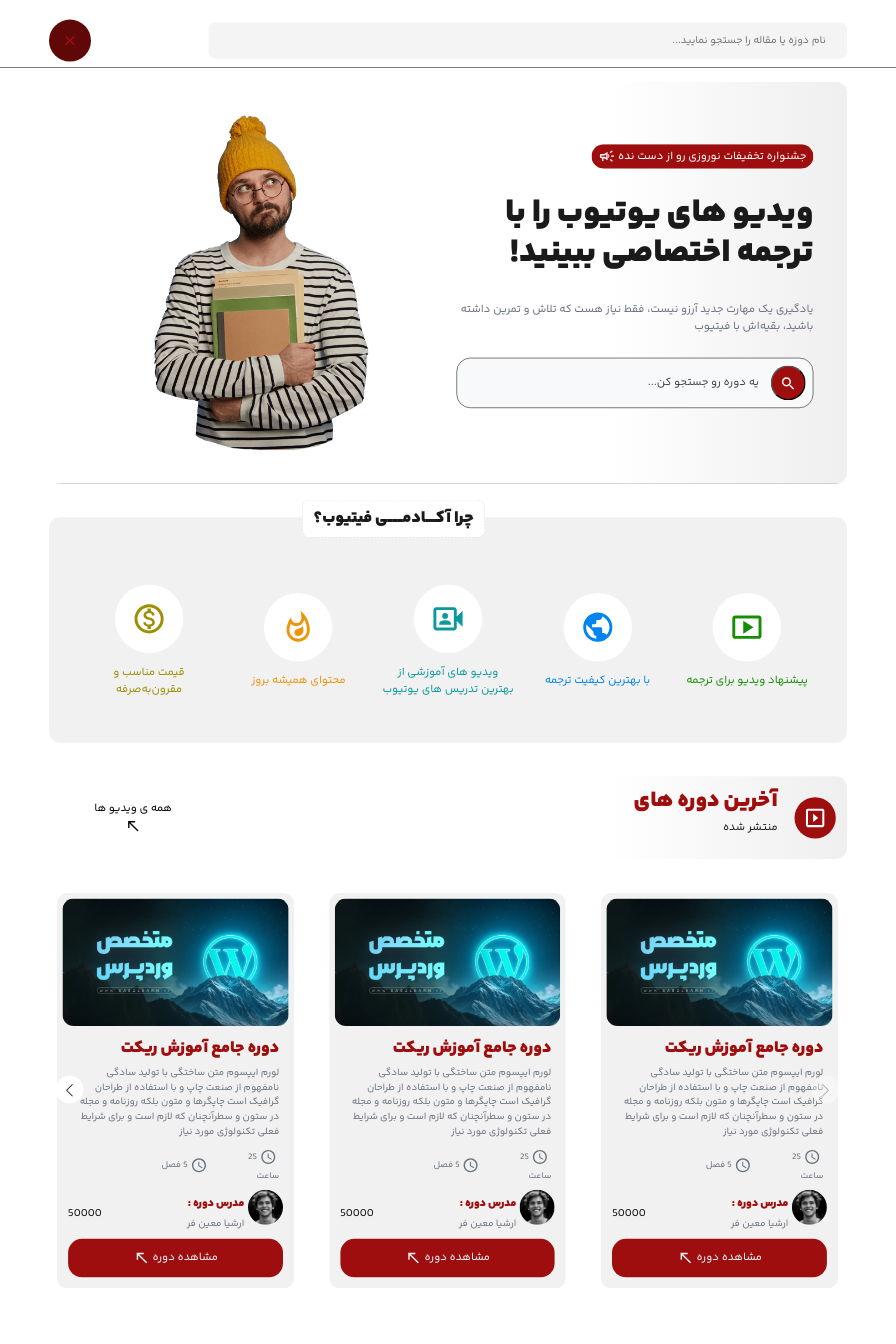
Repository: arshiamoeinfar/fitube
Page: /, after clicking the first element matching `div.utility-bar > :nth-child(2)`
These files come from the project's save history. The page is drawn as it stood at one moment and after the next save; the edit follows.
The browser window is 1280 px wide. The pictures show the part of the page from y = 0 to 1920 px (the page is 2921 px tall), at 70% of full size.
The pointer rests on the first visible `.icon-close-searchBox`.
The project was rebuilt for these pictures with package versions that can differ from the ones it lists, and the page was loaded fresh each time. Also part of the build but not shown: src/components/LandingCounter/LandingCounter.css, src/components/LandingCounter/LandingCounter.js, src/components/BoxHeader/BoxHeader.jsx, src/components/Category/Category.jsx, src/components/CartPermium/CartPremium.jsx, src/components/BuyPremium/BuyPremium.jsx, src/pages/Login/Login.js, src/components/MovieHeader/VideoPlayer.css and 2 more. Imported but missing from the stored project, and not drawn on this page: src/assets/videos/video5972191431412946595.mp4.

Above is the page before, as saved 2025-04-04 12:02:35.

After the next save:
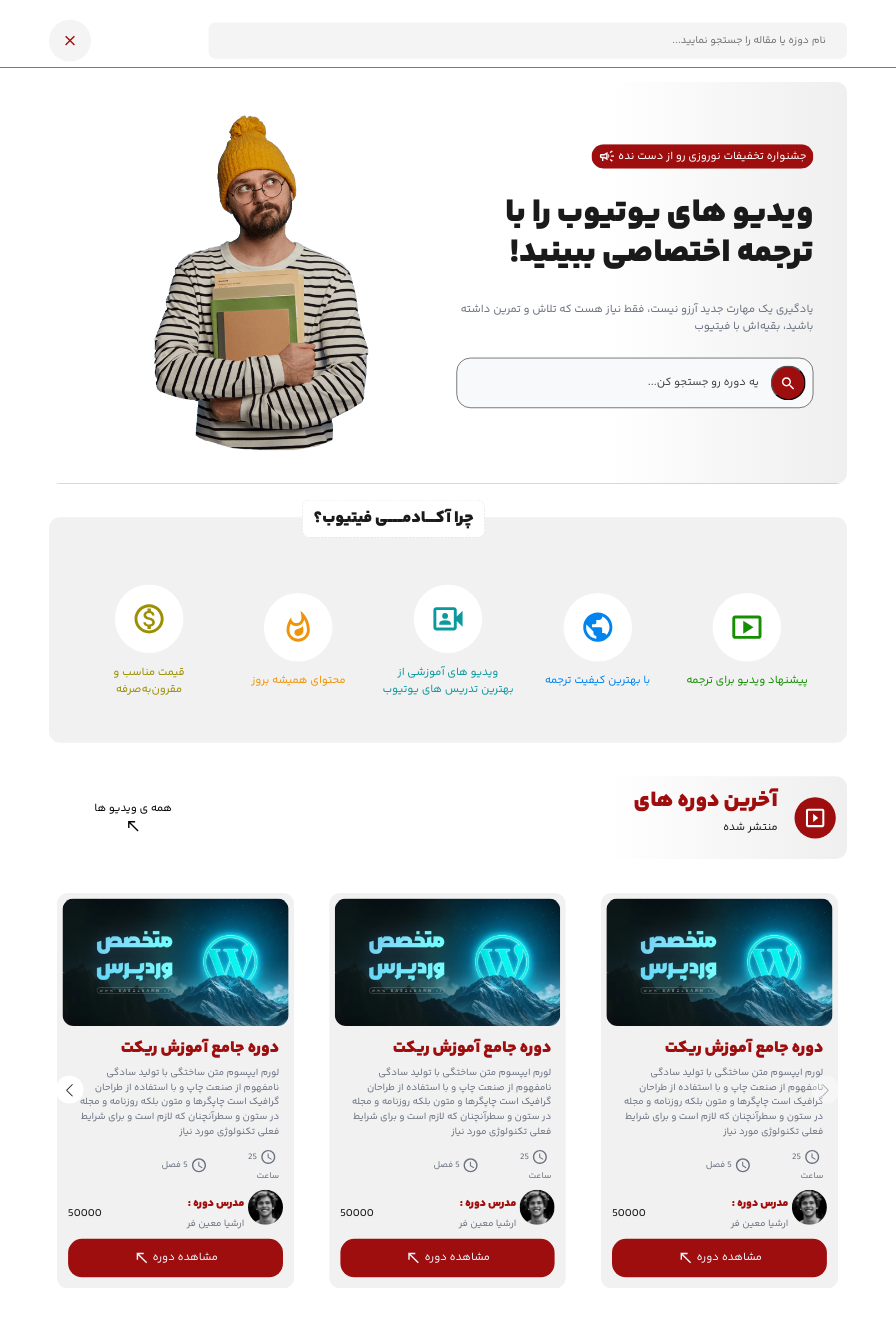
Saved 13 s later.
--- a/src/components/Navbar/Navbar.css
+++ b/src/components/Navbar/Navbar.css
@@ -96,7 +96,6 @@ width: 80%;
   cursor: pointer;
 }
 .icon-close-searchBox:hover {
-  background-color: var(--bs-btn-hover);
   color: var(--bs-btn-bg);
 }
 .userLoginInfo{
